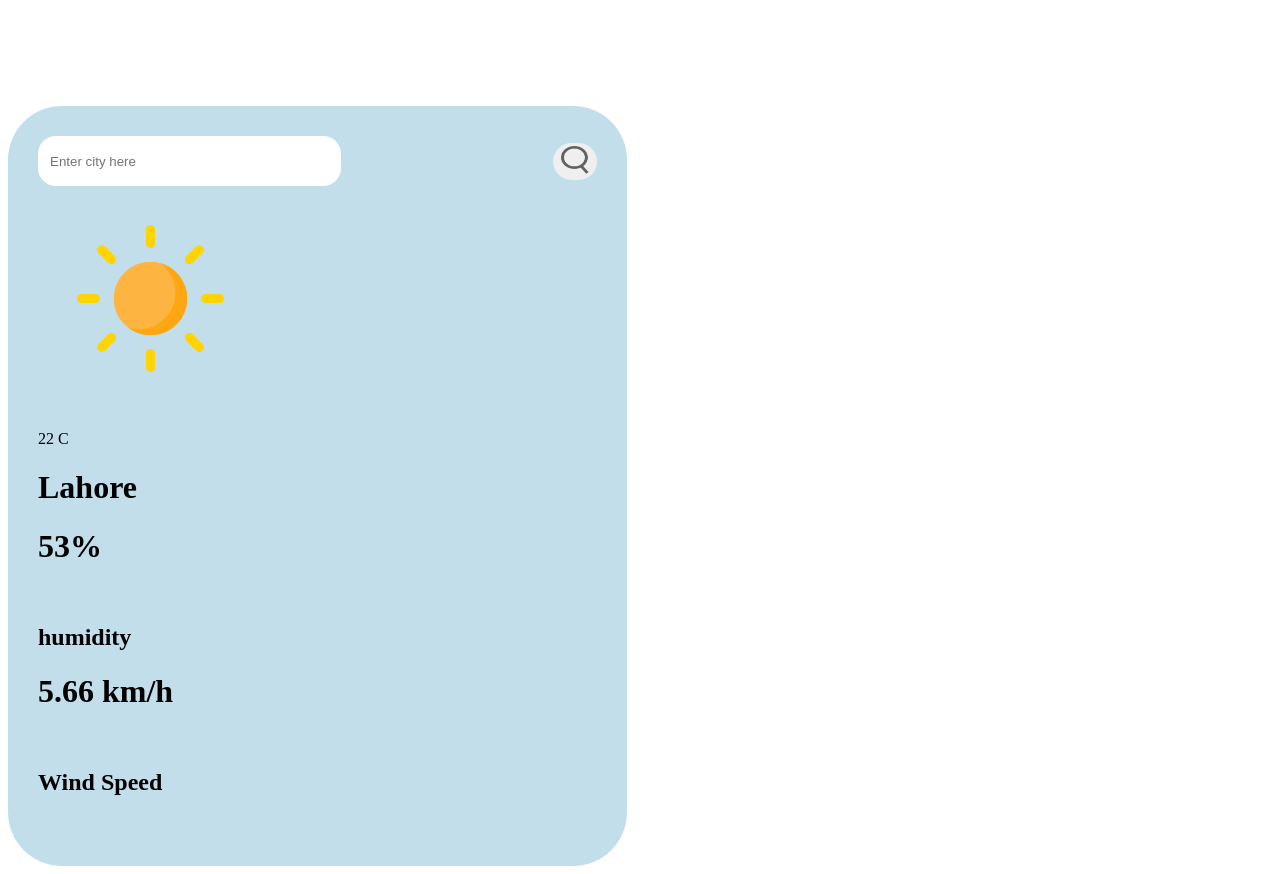
Repository: WajihaGul/Javascripts-Projects
Page: WEATHER APP/index.html
The author's editor kept a copy of each file at every save. The page is drawn from the files as they stood at one save, then again after the next save.
The browser window is 1280 px wide. The pictures show the whole page.

Above is the page before, as saved 2024-06-07 15:41:20.
Not found: WEATHER APP/script.js

After the next save:
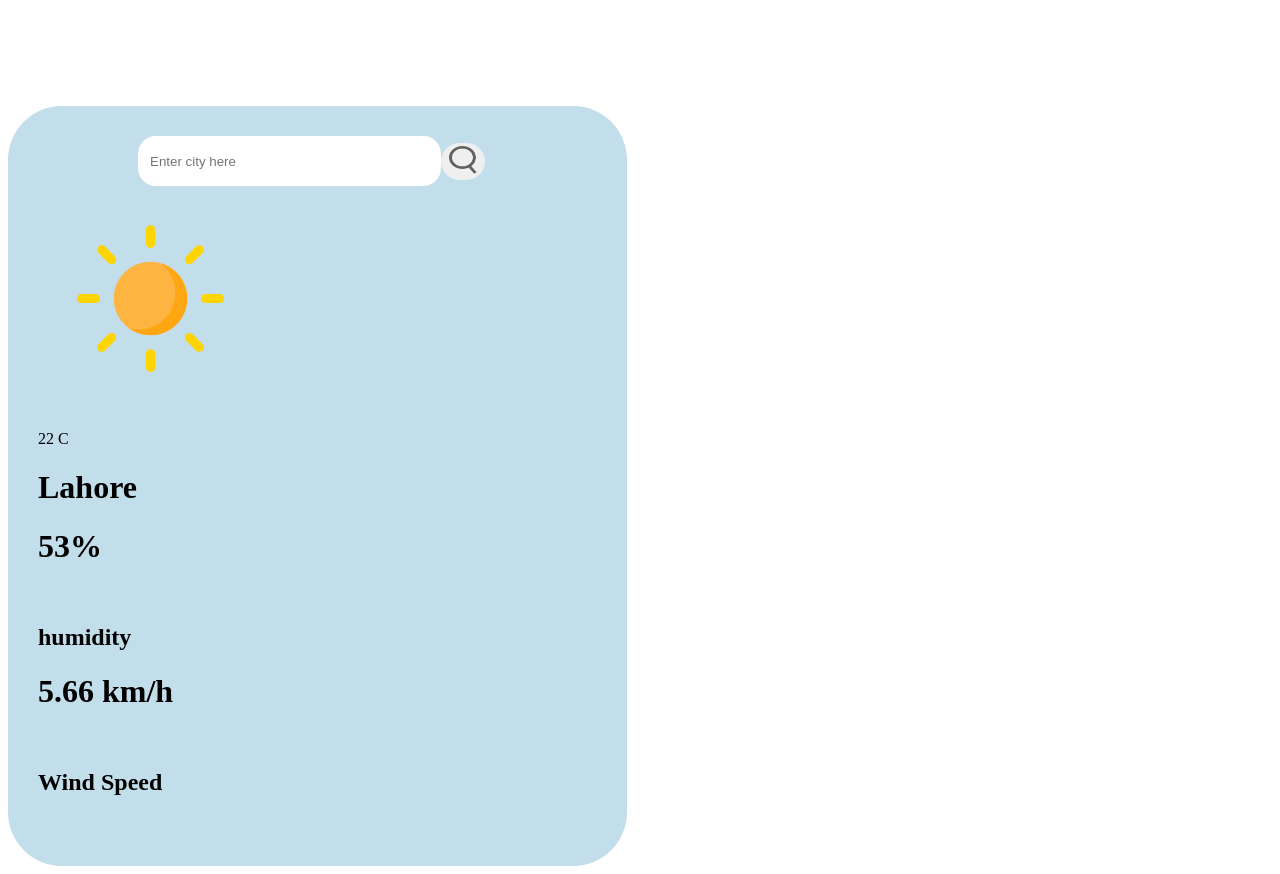
Saved 3 min 16 s later.
--- a/WEATHER APP/style.css
+++ b/WEATHER APP/style.css
@@ -18,10 +18,10 @@
 .SearchDiv{
     display: flex;
     flex-direction: row;
-    display: flex;
-    flex-direction: row;
     align-items: center;
-    justify-content: space-between;
+    margin: 0 auto;
+    margin-left: 100px;
+    margin-right: 100px;
 }
 .btnimg{
     height: 28px;
